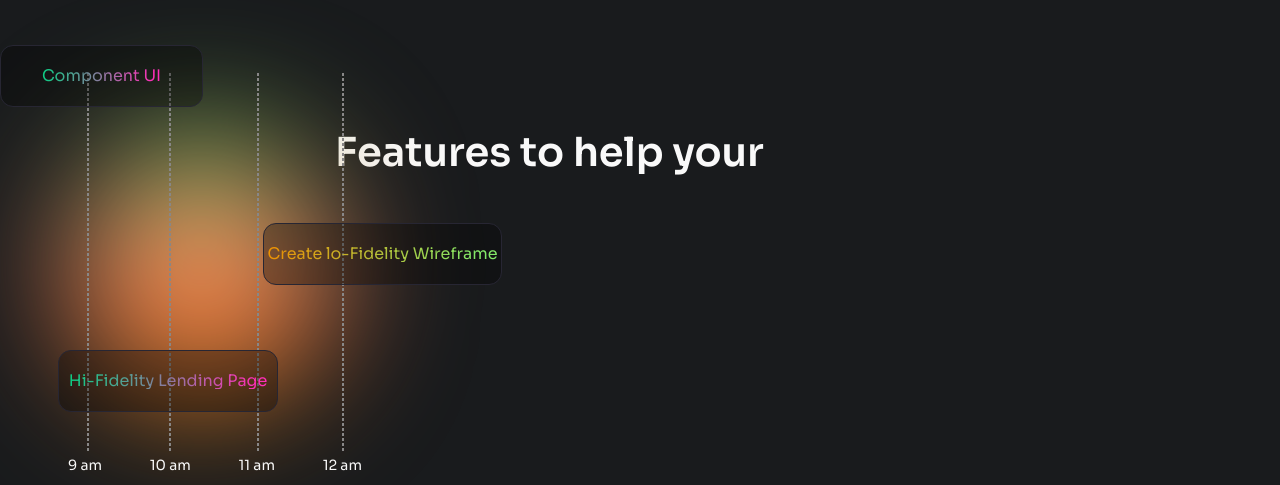
Repository: anhthiethumg/Task_Managerment_Website
Page: index.html
An editor plug-in stored every save of this project. The page is shown before and after a run of saves, followed by the edit.
The browser window is 1280 px wide. The pictures show the part of the page from y = 2400 to 2885 px (the page is 2885 px tall).
A picture or video elsewhere on the page could not be fetched, so the positions and the page height are approximate.

Above is the page before, as saved 2023-07-31 08:59:33.

### index.html
<!DOCTYPE html>
<html lang="en">
  <head>
    <meta charset="UTF-8" />
    <meta name="viewport" content="width=device-width, initial-scale=1.0" />
    <title>Task Managerment Website</title>
    <!-- Reset Css -->
    <link rel="stylesheet" href="./assets/css/reset.css" />

    <!-- CSS -->
    <link rel="stylesheet" href="./assets/css/styles.css" />

    <!-- Embed Font-->

    <link rel="preconnect" href="https://fonts.googleapis.com" />
    <link rel="preconnect" href="https://fonts.gstatic.com" crossorigin />
    <link
      href="https://fonts.googleapis.com/css2?family=Sora:wght@400;600;700;800&display=swap"
      rel="stylesheet"
    />
  </head>
  <body>
    <!-- Header -->
    <section class="header">
      <div class="container">
        <navbar class="row nav">
          <img src="./assets/image/logo.svg" alt="Task." />
          <div class="nav-list">
            <a class="nav-item" href="#!">Home</a>
            <a class="nav-item" href="#!">Products</a>
            <a class="nav-item" href="#!">Guidlines</a>
            <a class="nav-item" href="#!">Guidlines</a>
          </div>
          <button class="btn nav-btn">Sign In</button>
        </navbar>
        <section class="hero">
          <div class="row hero__content">
            <div class="stacked-circles">
              <div class="circles"></div>
              <div class="circles"></div>
              <div class="circles"></div>
              <div class="circles"></div>
            </div>
            <div class="hero--content__heading">
              <h1 class="hero__heading">
                Make <span class="heading__liner">Management</span> Way More
                Easier Than Ever
              </h1>
              <p class="hero__desc section-desc">
                The online collaborative management platform to bring more
                efficiency and performace
              </p>
              <div class="hero-btn row">
                <button type="button" class="btn hero__btn">
                  Request Demo
                </button>
                <button type="button" class="btn hero__btn">Contact Us</button>
              </div>
            </div>
            <div class="stacked-circles">
              <div class="circles"></div>
              <div class="circles"></div>
              <div class="circles"></div>
              <div class="circles"></div>
            </div>
          </div>
          <section class="task-manager row">
            <sidebar class="sidebar">
              <div class="row sidebar__header">
                <img
                  src="./assets/icons/icon-sidebar.svg"
                  alt="icon-sidebar"
                  class="icon__sidebar"
                />
                <img
                  src="./assets/icons/dashboard-icon.svg"
                  alt="dashboard-icon"
                  class="dashboard-icon"
                />
                <h4 class="sidebar__heading">Dashboard</h4>
              </div>
              <div class="sidebar__list">
                <h4 class="sidebar__list--heading">Collections</h4>
                <div class="sidebar__list--item">
                  <h5 class="sidebar__item--content">School</h5>
                </div>
                <div class="sidebar__list--item">
                  <h5 class="sidebar__item--content">Personal</h5>
                </div>
              </div>
            </sidebar>
            <section class="task-manager__section">
              <div class="task__header row">
                <img src="./assets/icons/school.png" alt="Back" class="back" />
                <img
                  src="./assets/icons/contact us icon.png"
                  alt="Contact"
                  class="contact-us"
                />
              </div>
              <div class="task__content row">
                <div class="list--work">
                  <div class="list-sort">Sort</div>
                  <div class="work--item">Finish the Easay collaboration</div>
                  <div class="work--item">Do the math for next monday</div>
                  <div class="work--item">
                    Read the next chapter of the book
                  </div>
                  <div class="work--item">
                    Send the collabaration files to jerusha
                  </div>
                  <div class="work--item">
                    Finish the powerpoint presentation
                  </div>
                  <div class="work--item">Add task</div>
                </div>
                <div class="daily-task">
                  <div class="dailytask__heading">Daily task.</div>
                  <img
                    class="dailytask__img"
                    src="./assets/image/Rectangle 50.png"
                    alt="Daily task"
                  />
                </div>
              </div>
              <div class="card">
                <div class="card__heading">Collections</div>
                <div class="card__list">
                  <div class="card__item">
                    <div class="card__item--icon"></div>
                    <div class="card__item--content">
                      <h4 class="card__item--title">School</h4>
                      <p class="card__item--desc">4 task plus tomorrow.</p>
                    </div>
                  </div>
                  <div class="card__item">
                    <div class="card__item--icon"></div>
                    <div class="card__item--content">
                      <h4 class="card__item--title">Personal</h4>
                      <p class="card__item--desc">1 task plus today.</p>
                    </div>
                  </div>
                  <div class="card__item">
                    <div class="card__item--icon"></div>
                    <div class="card__item--content">
                      <h4 class="card__item--title">Design</h4>
                      <p class="card__item--desc">3 task plus rewt week.</p>
                    </div>
                  </div>
                </div>
              </div>
            </section>
          </section>
        </section>
      </div>
    </section>

    <!-- Main -->
    <main class="main">
      <div class="container">
        <!-- Services -->
        <section class="services">
          <div class="services__icon--list">
            <div class="services__icon--bg">
              <img
                src="./assets/icons/report.png"
                alt="Report"
                class="services__icon"
              />
            </div>
            <img src="./assets/icons/dash line-1.svg" alt="dash-line" />
            <div class="services__icon--bg">
              <img
                src="./assets/icons/server.png"
                alt="Server"
                class="services__icon"
              />
            </div>

            <img src="./assets/icons/dash line-1.svg" alt="dash-line" />
            <div class="services__icon--bg">
              <img
                src="./assets/icons/support.png"
                alt="Support"
                class="services__icon"
              />
            </div>
          </div>
          <div class="services__list row">
            <div class="services__items">
              <h3 class="services__heading">Structured Reports</h3>
              <p class="services__desc">
                Sed rhoncus sit sed tellus donec lorem lectus nunc, ornare
              </p>
            </div>
            <div class="services__items">
              <h3 class="services__heading">Cloud System</h3>
              <p class="services__desc">
                Sed rhoncus sit sed tellus donec lorem lectus nunc, ornare
              </p>
            </div>
            <div class="services__items">
              <h3 class="services__heading">24/7 Support</h3>
              <p class="services__desc">
                Sed rhoncus sit sed tellus donec lorem lectus nunc, ornare
              </p>
            </div>
          </div>
        </section>

        <!-- Static -->

        <section class="static row">
          <section class="static__content">
            <h2 class="static__heading section__heading">
              Okay, <span class="heading__liner">Let’s</span> see D’task in
              numbers
            </h2>
            <p class="static__desc section__desc">
              Powering a productive team means using a powerful tool (and plenty
              of snacks). From meetings and projects to events and goal setting,
              D'taak intuitive features give any team the ability to quickly set
              up and customize workflows for just about anything
            </p>
            <div class="static__dot row">
              <div class="dot"></div>
              <div class="dot"></div>
              <div class="dot"></div>
            </div>
            <div class="static__list row">
              <div class="static__item">
                <div class="static--item__number">12M</div>
                <div class="static--item__title">Support</div>
              </div>
              <div class="static__item">
                <div class="static--item__number">16</div>
                <div class="static--item__title">Active User</div>
              </div>
              <div class="static__item">
                <div class="static--item__number">7/24</div>
                <div class="static--item__title">Languages</div>
              </div>
            </div>
          </section>
          <div class="static__media">
            <img
              class="static--media__bg"
              src="./assets/image/static_background.svg"
              alt="background"
            />
            <div class="dash-shape"></div>
            <div class="dash-shape"></div>
            <div class="dash-shape"></div>
            <div class="dash-shape"></div>
            <!-- <div class="static--media__item row">
              <h3 class="static--media__title ">
                <span class="heading__liner">Online Support</span>
              </h3>
              <img class="static--media__icons" src = "./assets/icons/video-button.svg"/>
            </div>
            <div class="static--media__item row">
              <h3 class="static--media__title ">
                <span class="heading__liner">Exercitation</span>
              </h3>
              <img class="static--media__icons" src = "./assets/icons/Exercitation-icon.svg"/>
            </div>
            <div class="static--media__item row">
              <h3 class="static--media__title ">
                <span class="heading__liner">D’ task</span>
              </h3>
              <img class="static--media__icons" src = "./assets/icons/video-button.svg"/>
            </div>
            <div class="static--media__item row">
              <h3 class="static--media__title ">
                <span class="heading__liner">Design</span>
              </h3>
              <img class="static--media__icons" src = "./assets/icons/video-button.svg"/>
            </div> -->
          </div>
        </section>
      </div>
      <!-- Features -->
      <section class="features">
        <div class="container row">
          <div class="feature__meida">
            <div class="shape--blur"></div>
            <div class = "block--line">
              <div class="dash--line">
                <div class="line"></div>
                <div class="dash-line__content">
                  9 am
                </div>
              </div>
              <div class="dash--line">
                <div class="line"></div>
                <div class="dash-line__content">
                  10 am
                </div>
              </div>
              <div class="dash--line">
                <div class="line"></div>
                <div class="dash-line__content">
                  11 am
                </div>
              </div>
              <div class="dash--line">
                <div class="line"></div>
                <div class="dash-line__content">
                  12 am
                </div>
              </div>
            </div>
            <div class = "feature--btn">
              <div class="feature__btn btn">
                <span class="heading__liner">
                  Component UI
                </span>
              </div>
              <div class="feature__btn btn">
                <span class="heading__liner">
                  Create lo-Fidelity Wireframe
                </span>
              </div>
              <div class="feature__btn btn">
                <span class="heading__liner">
                  Hi-Fidelity Lending Page
                </span>
              </div>
            </div>
          </div>
          <div class="feature__content">
            <h2 class = "section__heading feature__heading">Features to help your <span class=" "</h2>
          </div>
        </div>
      </section>
    </main>
  </body>
</html>

### assets/css/styles.css
* {
  box-sizing: border-box;
}

html {
  font-size: 62.5%;
}

:root {
  color: var(--text-color-gray-2, #282c30);
  color: var(--text-color-white, #f9f9f9);
  color: var(
    --primary-color-leniar-color,
    linear-gradient(90deg, #eb9204 1.67%, #83e868 89.99%)
  );
  color: var(--primary-color-background, #131517);
  color: var(--text-color-dark-blue, #272633);
}

body {
  font-size: 1.6rem;
  font-family: "Sora", sans-serif;
  background: var(--primary-color-background, #131517);
}

/* Common */

a {
  text-decoration: none;
}

.container {
  width: 1144px;
  margin: 0 auto;
}

.row {
  display: flex;
}

.btn {
  width: 110px;
  height: 40px;
  border-radius: 8px;
  border: 1px solid var(--text-color-dark-blue, #272633);
  background: #131517;
  text-align: center;
}

.section__desc {
  color: var(--text-color-gray-1, #858b93);
  text-align: center;
  font-size: 1.6rem;
  font-weight: 400;
  line-height: 1.625;
}

.section__heading {
  color: var(--text-color-white, #f9f9f9);
  font-size: 4rem;
  font-weight: 600;
}
/* Header */

.header {
  margin-top: 40px;
  margin-bottom: 140px;
  padding-top: 10px;
}

/* Navbar */

.nav {
  justify-content: space-between;
  align-items: center;
  height: 40px;
  margin-bottom: 157px;
}

.nav-item {
  margin-right: 36px;
  color: var(--text-color-gray-1, #858b93);
  font-size: 1.6rem;
  font-weight: 400;
  line-height: 1.5;
}

.nav-item:hover {
  color: var(--text-color-white, #f9f9f9);
  text-decoration: underline;
}

.nav-btn {
  background: var(
    --primary-color-leniar-color,
    linear-gradient(90deg, #eb9204 1.67%, #83e868 89.99%)
  );
  background-clip: text;
  -webkit-background-clip: text;
  -webkit-text-fill-color: transparent;
  font-size: 1.6rem;
  font-weight: 400;
  line-height: 1.5;
}

/* hero-content */
.hero__content {
  padding: 0 25px;
  justify-content: space-between;
}
.hero__heading {
  margin: 0 auto 34px;
  width: 783px;
  color: var(--text-color-white, #f9f9f9);
  text-align: center;
  font-size: 6rem;
  font-weight: 700;
  line-height: 1.17;
}

.heading__liner {
  background: var(
    --primary-color-leniar-color,
    linear-gradient(90deg, #eb9204 1.67%, #83e868 89.99%)
  );
  background-clip: text;
  -webkit-background-clip: text;
  -webkit-text-fill-color: transparent;
}

.hero__desc {
  width: 447px;
  margin: 0 auto 44px;
}

.hero-btn {
  justify-content: center;
  gap: 30px;
}

.hero__btn {
  margin-bottom: 111px;
  width: 199px;
  height: 54px;
  color: var(--text-color-white, #f9f9f9);
  font-size: 1.6rem;
  font-weight: 400;
  line-height: 1.625;
}

.hero__btn:hover {
  background: var(
    --primary-color-leniar-color,
    linear-gradient(90deg, #eb9204 1.67%, #83e868 89.99%)
  );
}

/* hero circle */

.stacked-circles {
  display: flex;
  flex-direction: column;
  align-items: center;
  margin-top: -75px;
}

.circles {
  fill: linear-gradient(180deg, #111118 4.96%, rgba(43, 43, 61, 0) 100%);
  box-shadow: 0px 39px 31px 0px #313141 inset;
  border-radius: 50%;
}
.circles:first-child {
  width: 121px;
  height: 121px;
  margin-bottom: 41px;
}

.circles:nth-child(2) {
  width: 39px;
  height: 39px;
  margin-bottom: 36px;
}

.circles:nth-child(3) {
  width: 25px;
  height: 25px;
  margin-bottom: 39px;
}

.circles:last-child {
  width: 14px;
  height: 14px;
  flex-shrink: 0;
}

/* task manager */

.task-manager {
  width: 848px;
  height: 366px;
  border-radius: 8px 8px 0px 0px;
  background: #1f2326;
  margin-left: 180px;
}

.sidebar {
  padding: 18px 0 0 16px;
}

.sidebar__header {
  width: 192px;
  height: 39px;
  align-items: center;
}

.icon__sidebar {
  width: 9px;
  height: 9px;
  margin-right: 25px;
}

.dashboard-icon {
  width: 13px;
  height: 11px;
  margin-right: 17px;
}

.sidebar__heading {
  color: #98989c;
  font-size: 1.4rem;
  font-weight: 600;
}

.sidebar__list--heading {
  margin: 15px 0 15px;
  color: var(--text-color-white, #f9f9f9);
  font-size: 1.4rem;
  font-weight: 600;
}

.sidebar__list--item {
  width: 192px;
  height: 39px;
  display: flex;
  align-items: center;
}

.sidebar__list--item:hover {
  background: #2b2d2f;
}
.sidebar__item--content {
  color: var(--text-color-gray-1, #858b93);
  font-size: 1.2rem;
  font-weight: 600;
  opacity: 0.6000000238418579;
  display: flex;
  align-items: center;
}

.sidebar__item--content::before {
  display: inline-block;
  content: " ";
  width: 17px;
  height: 17px;
  border-radius: 5px;
  background: #ae8ff9;
  margin-right: 10px;
}

.task-manager__section {
  position: relative;
  margin-top: 28px;
  margin-right: 15px;
  background: #0d1012;
  width: 100%;
  padding: 30px;
}

.task__header {
  margin-left: 140px;
  justify-content: space-between;
}

.list--work {
  width: 362px;
  margin-right: 52px;
}

.list-sort {
  color: #838386;
  font-size: 1.2rem;
  font-weight: 400;
  text-align: right;
  height: 30px;
}

.list-sort::before {
  display: inline-block;
  content: " ";
  width: 10px;
  height: 5px;
  border-radius: 5px;
  margin-right: 10px;
  background-image: url(../icons/sort.svg);
  margin-left: 10px;
}
.work--item {
  display: flex;
  align-items: center;
  margin-bottom: 10px;
  width: 100%;
  height: 30px;
  border-radius: 10px;
  background: #14181b;
  color: #9ea1a7;
  font-size: 1rem;
  font-weight: 300;
}

.work--item:before {
  display: inline-block;
  content: " ";
  width: 14px;
  height: 14px;
  border-radius: 5px;
  margin-right: 10px;
  background-image: url(../icons/check.svg);
  margin-left: 10px;
}

.work--item:last-child:before {
  background-image: url(../icons/add.svg);
}

.dailytask__heading {
  color: var(--text-color-white, #f9f9f9);
  font-size: 1.4rem;
  font-weight: 400;
  margin-bottom: 20px;
}

.dailytask__img {
  width: 167px;
  height: 218px;
  flex-shrink: 0;
  border-radius: 17px;
  background: rgba(13, 16, 18, 0.24);
}

.card {
  position: absolute;
  width: 216px;
  height: 335px;
  border-radius: 15px 15px 22px 22px;
  background: #0d1012;
  padding: 26px 15px;
  left: -295px;
  top: 150px;
}

.card__heading {
  color: #f9f9f9;
  font-size: 1.4rem;
  font-weight: 600;
  margin-left: 10px;
  margin-bottom: 21px;
}

.card__item {
  display: flex;
  align-items: center;
  width: 188px;
  height: 78px;
  border-radius: 13px;
  background: #14181b;
  margin-bottom: 8px;
}
.card__item--icon {
  width: 33px;
  height: 33px;
  border-radius: 12px;
  margin: 12px;
}

.card__item:first-child .card__item--icon {
  background: var(--primary-color-dark-orange, #ff7667);
}

.card__item:nth-child(2) .card__item--icon {
  background: var(--primary-color-blue, #ae8ff9);
}

.card__item:last-child .card__item--icon {
  background: var(--primary-color-green, #0cce84);
}

.card__item--title {
  color: #fff;
  font-size: 1.4rem;
  font-weight: 600;
  margin-bottom: 3px;
}

.card__item--desc {
  color: var(--text-color-gray-1, #858b93);
  font-size: 1rem;
  font-weight: 400;
}

/* services */

.services {
  padding: 41px 50px 53px 50px;
  margin-top: 286px;
  margin-bottom: 140px;
  width: 1096px;
  height: 331px;
  border-radius: 27px;
  background: var(--text-color-gray-2, #282c30);
}

.services__icon--list {
  display: flex;
  align-items: center;
  justify-content: space-around;
  margin: 30px 50px;
}

.services__icon--bg {
  background: var(--primary-color-green, #0cce84);
  width: 62px;
  height: 62px;
  border-radius: 50%;
  display: flex;
  align-items: center;
  justify-content: center;
}

.services__icon--bg:nth-child(2) {
  background: var(--primary-color-dark-yellow, #ef8f00);
}

.services__icon--bg:last-child {
  background: var(--primary-color-blue, #ae8ff9);
}
.services__icon {
  width: 32px;
  height: 32px;
}

.services__list {
  justify-content: space-between;
}

.services__items {
  width: 238px;
  text-align: center;
}

.services__heading {
  color: var(--text-color-white, #f9f9f9);
  font-size: 2.2rem;
  font-weight: 600;
  line-height: 1.45;
}

.services__desc {
  color: #858b93;
  font-size: 1.6rem;
  font-weight: 400;
  line-height: 1.625;
}

/* Static */
.static__content {
  width: 537px;
  margin-bottom: 140px;
}
.static__heading {
  width: 368px;
  margin-bottom: 22px;
}

.static__desc {
  width: 537px;
  height: 106px;
  text-align: left;
  margin-bottom: 86px;
}

.static__dot {
  gap: 6px;
  justify-content: center;
  margin-bottom: 28px;
  margin-left: -105px;
}
.dot {
  width: 6px;
  height: 6px;
  border-radius: 50%;
  background: #838386;
}

.dot:nth-child(2) {
  background: #ef8f00;
}

.static__list {
  gap: 17px;
}
.static__item {
  text-align: center;
  padding-top: 21px;
  width: 132px;
  height: 127px;
  border-radius: 9px;
  background: var(--text-color-dark-blue, #272633);
}

.static__item:nth-child(odd) {
  margin-top: -30px;
}

.static__item:nth-child(2) {
  background: linear-gradient(
    191deg,
    #c4f566 7.35%,
    #ae8ef9 28.41%,
    #ef8f00 60.81%,
    #61e559 100%
  );
}

.static__item:nth-child(2) .static--item__title {
  color: var(--text-color-white, #f9f9f9);
}
.static--item__number {
  color: var(--text-color-white, #f9f9f9);
  font-size: 3rem;
  font-weight: 600;
  margin-bottom: 16px;
}

.static--item__title {
  color: var(--text-color-gray-1, #858b93);
  font-size: 1.6rem;
  font-weight: 400;
  line-height: 1.625;
}

.static__media {
  position: relative;
}

.static--media__bg {
  position: absolute;
}
.dash-shape {
  position: absolute;
  width: 455px;
  height: 455px;
  border-radius: 455px;
  border: 2px dashed #2f2f2f;
  top: 50px;
  left: 50px;
}

.dash-shape:nth-child(2) {
  width: 336px;
  height: 336px;
  top: 110px;
  left: 110px;
}

.dash-shape:nth-child(3) {
  width: 209px;
  height: 209px;
  background: #6aea5c;
  opacity: 0.5;
  border: 2px solid #6aea5c;
  top: 170px;
  left: 170px;
}

.dash-shape:nth-child(4) {
  width: 137px;
  height: 137px;
  background: #6aea5c;
  border: 2px solid #6aea5c;
  top: 205px;
  left: 205px;
}
/*
.static--media__item {
  position: absolute;
  justify-content: space-between;
  align-items: center;
  width: 225px;
  height: 61px;
  border-radius: 5px;
  background: #27292c;
  padding: 20px;

}

.static--media__item:nth-child(1) {
  top: 50px;
  left: 150px;
}
.static--media__item:nth-child(2) {
  top: 450px;
  left: 150px;
}
.static--media__item:nth-child(3) {
  top: 150px;
  left: 10px;
}
.static--media__item:nth-child(4) {
  top: 150px;
  left: 150px;
} */

/* Feature */
.features {
  background: #191b1d;
  padding: 153px 0 85px 0;
}

.feature__meida {
  position: relative;
}
.shape--blur {
  width: 267px;
  height: 267px;
  border-radius: 267px;
  background: linear-gradient(180deg, #6aea5c 0%, #fd7566 48.53%, #ef8f00 100%);
  filter: blur(66px);
}

.block--line {
  position: absolute;
  top: -60px;
  width: 294px;
  height: 378px;
  display: flex;
  justify-content: space-between;
}

.line {
  height: 100%;
  width: 1px;
  border: 1px dashed #888787;
  align-items: center;
  margin-left: 19px;
  margin-bottom: 7px;
}

.dash-line__content {
  color: #f9f9f9;
  font-size: 1.4rem;
  font-weight: 400;
}

.feature--btn {
  position: relative;
}

.feature__btn {
  position: absolute;
  border-radius: 13px;
  height: 62px;
  background: rgba(0, 0, 0, 0.32);
  display: flex;
  justify-content: center;
  align-items: center;
}

.feature__btn:nth-child(1) {
  top: -355px;
  left: -68px;
  width: 203px;
}

.feature__btn:nth-child(2) {
  width: 239px;
  top: -177px;
  left: 195px;
}
.feature__btn:nth-child(3) {
  width: 220px;
  top: -50px;
  left: -10px;
}

.feature__btn:nth-child(1) .heading__liner, .feature__btn:nth-child(3) .heading__liner {
  background: linear-gradient(90deg, #0cce84 0%, #ff2eb8 94.43%);
  background-clip: text;
  -webkit-background-clip: text;
  -webkit-text-fill-color: transparent;
}

Loaded but not shown: assets/css/reset.css (common file)

After the next 4 saves:
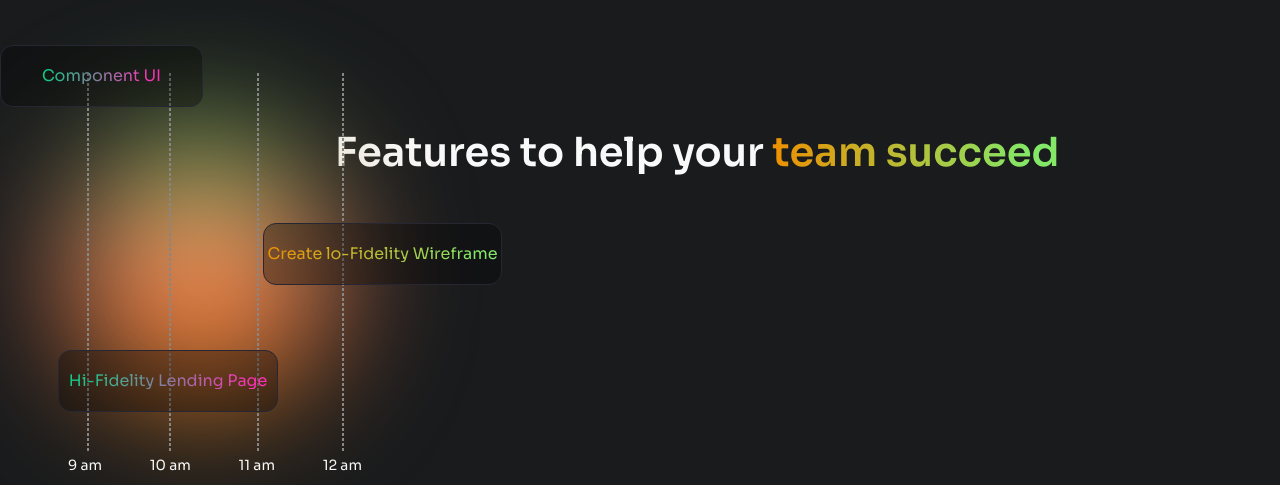
The 4 saves are shown as one change because they came seconds apart.
The last was saved 15 s later.
--- a/index.html
+++ b/index.html
@@ -329,7 +329,9 @@
             </div>
           </div>
           <div class="feature__content">
-            <h2 class = "section__heading feature__heading">Features to help your <span class=" "</h2>
+            <h2 class = "section__heading feature__heading">Features to help your <span class=" heading__liner">
+              team succeed
+            </span></h2>
           </div>
         </div>
       </section>
